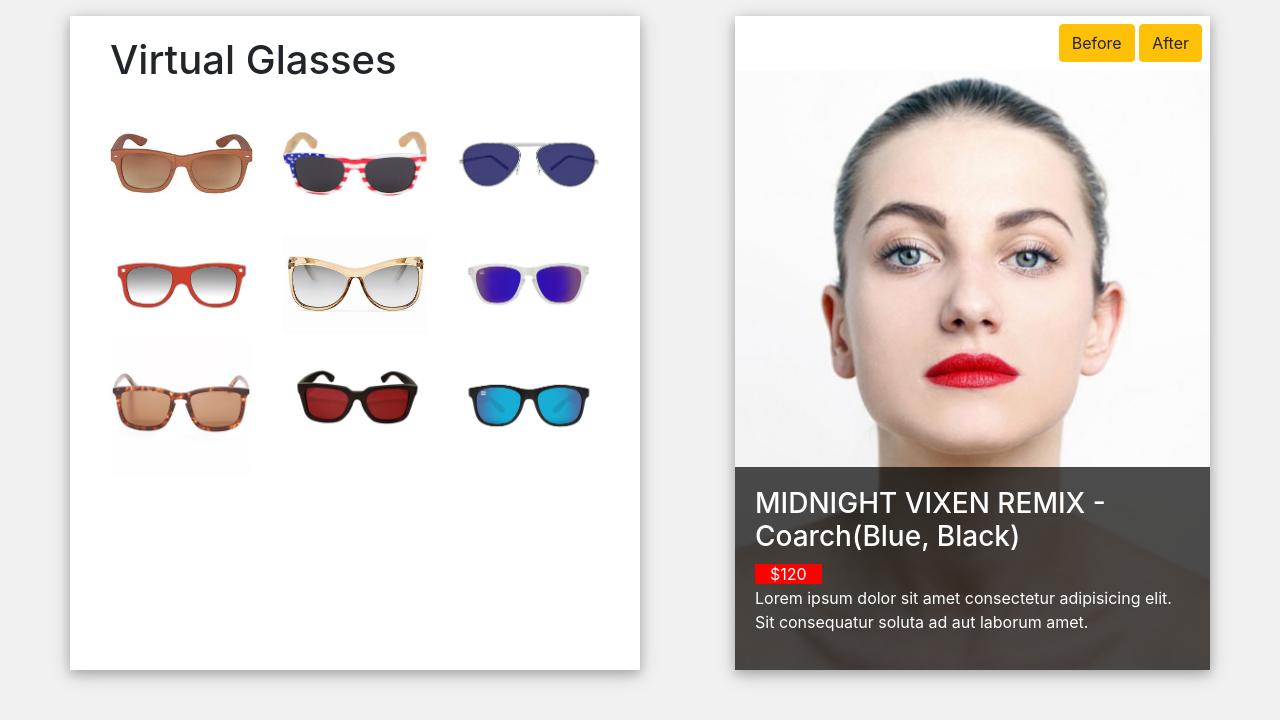
Repository: Khoi300399/BC35E_ES6_B2_MaThanhKhoi
Page: index.html
An editor plug-in stored every save of this project. The page is shown before and after the next save, followed by the edit.
The browser window is 1280 px wide. The pictures show the whole page.

Above is the page before, as saved 2022-10-21 23:43:32.

### index.html
<!DOCTYPE html>
<html lang="en">
  <head>
    <title>Virtual Glasses</title>
    <!-- Required meta tags -->
    <meta charset="utf-8" />
    <meta
      name="viewport"
      content="width=device-width, initial-scale=1, shrink-to-fit=no"
    />

    <!-- Bootstrap CSS -->
    <link
      rel="stylesheet"
      href="https://stackpath.bootstrapcdn.com/bootstrap/4.3.1/css/bootstrap.min.css"
      integrity="sha384-ggOyR0iXCbMQv3Xipma34MD+dH/1fQ784/j6cY/iJTQUOhcWr7x9JvoRxT2MZw1T"
      crossorigin="anonymous"
    />

    <!-- Main CSS -->
    <link rel="stylesheet" href="./css/index.css" />
  </head>

  <body>
    <div class="container vglasses py-3">
      <div class="row justify-content-between">
        <div class="col-6 vglasses__left">
          <div class="row">
            <div class="col-12">
              <h1 class="mb-2">Virtual Glasses</h1>
            </div>
          </div>
          <div class="row" id="vglassesList"></div>
        </div>
        <div class="col-5 vglasses__right p-0">
          <div class="vglasses__card">
            <div class="mb-2 text-right mt-2 mr-2">
              <button
                id="btn1"
                class="btn btn-warning"
                onclick="removeGlasses()"
              >
                Before
              </button>
              <button id="btn2" class="btn btn-warning" onclick="addGlasses()">
                After
              </button>
            </div>
            <div class="vglasses__model" id="avatar"></div>
            <div id="glassesInfo" class="vglasses__info">
              <h3>MIDNIGHT VIXEN REMIX - Coarch(Blue, Black)</h3>
              <span>$120</span>
              <p>
                Lorem ipsum dolor sit amet consectetur adipisicing elit. Sit
                consequatur soluta ad aut laborum amet.
              </p>
            </div>
          </div>
        </div>
      </div>
    </div>

    <!-- Optional JavaScript -->
    <!-- jQuery first, then Popper.js, then Bootstrap JS -->
    <script
      src="https://code.jquery.com/jquery-3.4.1.js"
      integrity="sha256-WpOohJOqMqqyKL9FccASB9O0KwACQJpFTUBLTYOVvVU="
      crossorigin="anonymous"
    ></script>
    <!-- <script src="https://code.jquery.com/jquery-3.3.1.slim.min.js" integrity="sha384-q8i/X+965DzO0rT7abK41JStQIAqVgRVzpbzo5smXKp4YfRvH+8abtTE1Pi6jizo" crossorigin="anonymous"></script> -->
    <script
      src="https://cdnjs.cloudflare.com/ajax/libs/popper.js/1.14.7/umd/popper.min.js"
      integrity="sha384-UO2eT0CpHqdSJQ6hJty5KVphtPhzWj9WO1clHTMGa3JDZwrnQq4sF86dIHNDz0W1"
      crossorigin="anonymous"
    ></script>
    <script
      src="https://stackpath.bootstrapcdn.com/bootstrap/4.3.1/js/bootstrap.min.js"
      integrity="sha384-JjSmVgyd0p3pXB1rRibZUAYoIIy6OrQ6VrjIEaFf/nJGzIxFDsf4x0xIM+B07jRM"
      crossorigin="anonymous"
    ></script>

    <!-- MAIN JS -->
    <script type="" src="./js/main.js"></script>
  </body>
</html>

### css/index.css
/* GLOBAL */
* {
  box-sizing: border-box;
}
body {
  background: #f1f1f1;
}

/* MAIN CSS */
.vglasses__left {
  background-color: white;
  padding: 20px 40px;
  box-shadow: 0 4px 10px 0 rgba(0, 0, 0, 0.2), 0 4px 20px 0 rgba(0, 0, 0, 0.19);
}
.vglasses__left .col-4 {
  align-self: center;
}
.vglasses__items {
  width: 50px;
  height: 50px;
}

.vglasses__left img {
  cursor: pointer;
  width: 100%;
  height: 100%;
}

.vglasses__right {
  box-shadow: 0 4px 10px 0 rgba(0, 0, 0, 0.2), 0 4px 20px 0 rgba(0, 0, 0, 0.19);
}

.vglasses__model {
  background-image: url("../img/model.jpg");
  background-position: center top;
  background-size: cover;
  height: 600px;
}

.vglasses__model img {
  position: absolute;
  top: 32%;
  left: 25%;
  width: 238px;
  height: 85px;
  opacity: 0.9;
}

.vglasses__card {
  position: relative;
  overflow: hidden;
  background-color: white;
}

.vglasses__info {
  position: absolute;
  bottom: 0;
  left: 0;
  background-color: rgba(0, 0, 0, 0.7);
  width: 100%;
  color: white;
  padding: 20px;
}

.vglasses__info h3 {
}

.vglasses__info span {
  padding: 0 15px;
  background-color: red;
}

#glasses {
  transition: all 0.5s;
}

### js/main.js
let dataGlasses = [
  {
    id: "G1",
    src: "./img/g1.jpg",
    virtualImg: "./img/v1.png",
    brand: "Armani Exchange",
    name: "Bamboo wood",
    color: "Brown",
    price: 150,
    description:
      "Lorem ipsum dolor sit amet consectetur adipisicing elit. Nobis ea voluptates officiis? ",
  },
  {
    id: "G2",
    src: "./img/g2.jpg",
    virtualImg: "./img/v2.png",
    brand: "Arnette",
    name: "American flag",
    color: "American flag",
    price: 150,
    description:
      "Lorem ipsum dolor, sit amet consectetur adipisicing elit. In assumenda earum eaque doloremque, tempore distinctio.",
  },
  {
    id: "G3",
    src: "./img/g3.jpg",
    virtualImg: "./img/v3.png",
    brand: "Burberry",
    name: "Belt of Hippolyte",
    color: "Blue",
    price: 100,
    description: "Lorem ipsum dolor, sit amet consectetur adipisicing elit.",
  },
  {
    id: "G4",
    src: "./img/g4.jpg",
    virtualImg: "./img/v4.png",
    brand: "Coarch",
    name: "Cretan Bull",
    color: "Red",
    price: 100,
    description: "In assumenda earum eaque doloremque, tempore distinctio.",
  },
  {
    id: "G5",
    src: "./img/g5.jpg",
    virtualImg: "./img/v5.png",
    brand: "D&G",
    name: "JOYRIDE",
    color: "Gold",
    price: 180,
    description:
      "Lorem ipsum dolor, sit amet consectetur adipisicing elit. Error odio minima sit labore optio officia?",
  },
  {
    id: "G6",
    src: "./img/g6.jpg",
    virtualImg: "./img/v6.png",
    brand: "Polo",
    name: "NATTY ICE",
    color: "Blue, White",
    price: 120,
    description: "Lorem ipsum dolor, sit amet consectetur adipisicing elit.",
  },
  {
    id: "G7",
    src: "./img/g7.jpg",
    virtualImg: "./img/v7.png",
    brand: "Ralph",
    name: "TORTOISE",
    color: "Black, Yellow",
    price: 120,
    description:
      "Lorem ipsum dolor sit amet consectetur adipisicing elit. Enim sint nobis incidunt non voluptate quibusdam.",
  },
  {
    id: "G8",
    src: "./img/g8.jpg",
    virtualImg: "./img/v8.png",
    brand: "Polo",
    name: "NATTY ICE",
    color: "Red, Black",
    price: 120,
    description:
      "Lorem ipsum dolor sit amet consectetur adipisicing elit. Reprehenderit, unde enim.",
  },
  {
    id: "G9",
    src: "./img/g9.jpg",
    virtualImg: "./img/v9.png",
    brand: "Coarch",
    name: "MIDNIGHT VIXEN REMIX",
    color: "Blue, Black",
    price: 120,
    description:
      "Lorem ipsum dolor sit amet consectetur adipisicing elit. Sit consequatur soluta ad aut laborum amet.",
  },
];

let renderGlassesUI = () => {
  let contentHTMl = ``;
  for (let value of dataGlasses) {
    contentHTMl += `
    <div class="col-4 .vglasses__items">
        <img src="${value.src}" onclick="btnShowGlasses('${value.virtualImg}')"  alt="" />
    </div>
    `;
  }
  document.querySelector("#vglassesList").innerHTML = contentHTMl;
};

let btnShowGlasses = (value) => {
  let contentHTML = `
    <img src="${value}" alt="" />
    `;
  document.querySelector("#avatar").innerHTML = contentHTML;
  document.querySelector("#avatar img").style.opacity = 0.8;
};

let removeGlasses = () => {
  document.querySelector("#avatar img").style.opacity = 0;
};

let addGlasses = () => {
  document.querySelector("#avatar img").style.opacity = 0.8;
};

window.onload = () => {
  renderGlassesUI();
};

After the next save:
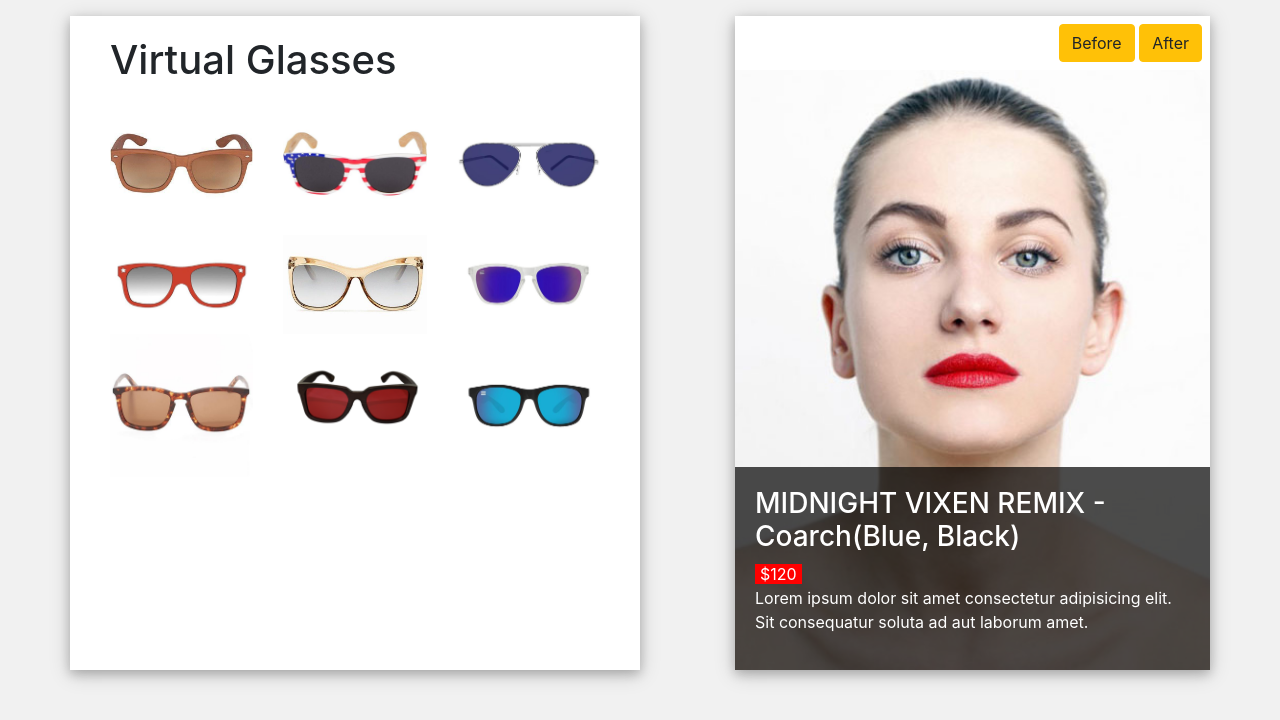
Saved 5 s later.
--- a/css/index.css
+++ b/css/index.css
@@ -66,7 +66,7 @@ body {
 }
 
 .vglasses__info span {
-  padding: 0 15px;
+  padding: 0 5px;
   background-color: red;
 }
 
